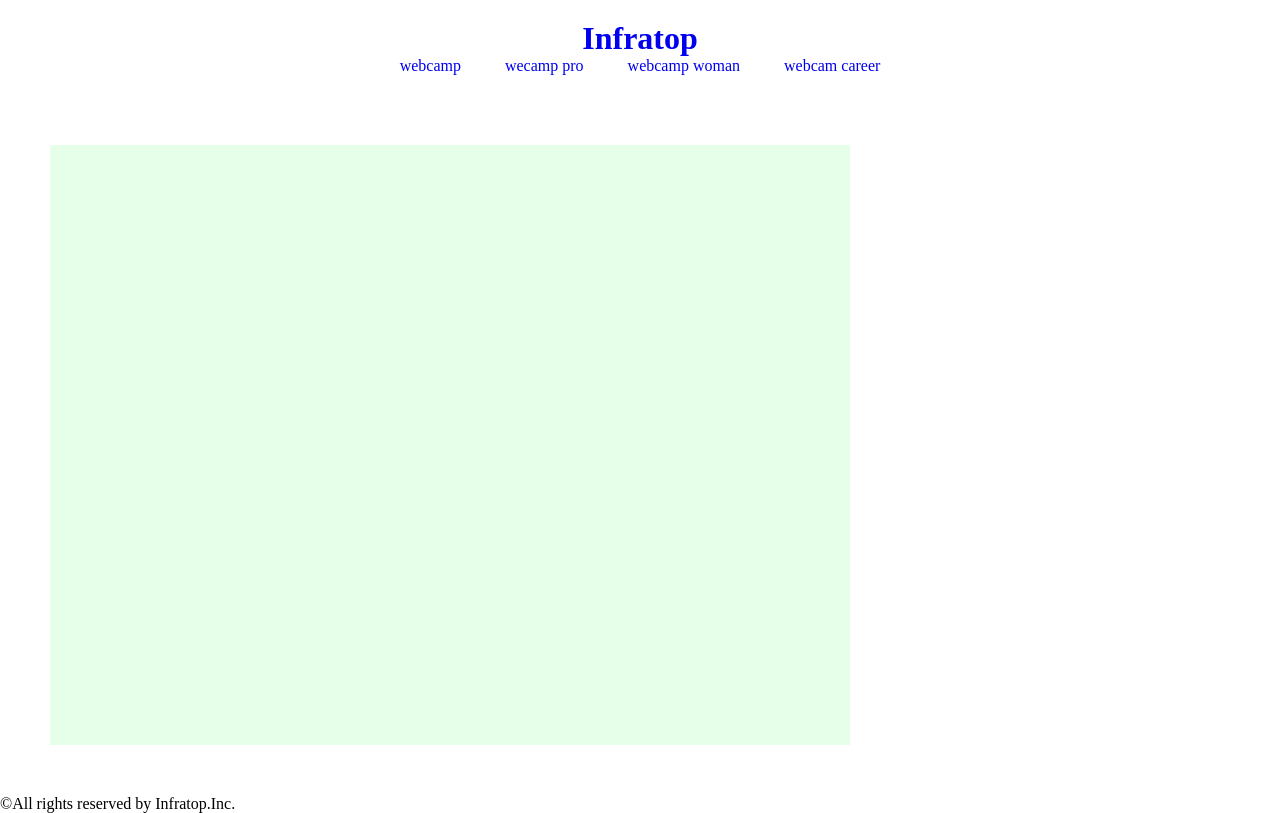
Repository: ego-boosting/assightment_1
Page: infratop/index.html
The author's editor kept a record of every edit. The page is drawn from the files as they stood at one moment, then again after the next edit.
The browser window is 1280 px wide. The pictures show the whole page.

Above is the page before.

### infratop/index.html
<!DOCTYPE html>
<html lang="ja">
  <head>
    <meta charset="UTF-8" />
    <!-- CSSファイルの読み込み -->
    <link rel="stylesheet" href="style.css" />
    <title>Infratop</title>
  </head>

<body>
  <header>
    <h1 class="heading">
      <a href="index.html">Infratop</a>
    </h1>
    <nav>
      <ul calss="nav-list" >
        <li class="nav-list-item">
          <a href="index.html">webcamp</a>
          </li>

        <li class="nav-list-item">
          <a href="index.html">wecamp pro</a>
        </li>

        <li class="nav-list-item">
          <a href="index.html">webcamp woman</a>
        </li>

        <li class="nav-list-item">
          <a href="index.html">webcam career</a>
        </li>
      </ul>
    </nav>
  </header>

  <div class="main">
    <div class="box1"></div>
    <div class="box2"></div>
    <div class="box3"></div>
    <div class="box4"></div>
    <div class="box5"></div>
    <div class="box6"></div>
    <div class="box7"></div>
    <div class="box8"></div>
    <div class="box9"></div>
    <div class="box10"></div>
    <div class="box11"></div>
    <div class="box12"></div>
  </div>

  <footer>
    <p class="footer-list">©All rights reserved by Infratop.Inc.</p>
  </footer>




</body>
</html>

### infratop/style.css
*{
  margin: 0;
  padding: 0;
  box-sizing:border-box;
}

a{
  text-decoration: none;
}

header{
  width: 100%;
  padding: 20px;
  margin: auto;
  text-align: center;
}

.heading{
  font-size: 32px;
}


.nav-list{
  /*下記*/
  text-align: center;
  padding: 15px 0;
  margin: 0 auto;
  border-bottom: 1px solid #848282;
  border-top: 1px solid #848282;
}

.nav-list-item{
  list-style: none;
  display: inline-block;
  margin: 0 20px;
}

.main{
  width: 800px;
  margin: 50px;
  display: flex;
  flex-wrap: wrap;
}

.box1{
  width: 200px;
  height: 200px;
  background-color: #e6ffe9;
}

.box2{
  width: 200px;
  height: 200px;
  background-color: #e6ffe9;
}

.box3{
  width: 200px;
  height: 200px;
  background-color: #e6ffe9;
}

.box4{
  width: 200px;
  height: 200px;
  background-color: #e6ffe9;
}

.box5{
  width: 200px;
  height: 200px;
  background-color: #e6ffe9;
}

.box6{
  width: 200px;
  height: 200px;
  background-color: #e6ffe9;
}

.box7{
  width: 200px;
  height: 200px;
  background-color: #e6ffe9;
}

.box8{
  width: 200px;
  height: 200px;
  background-color: #e6ffe9;
}

.box9{
  width: 200px;
  height: 200px;
  background-color: #e6ffe9;
}

.box10{
  width: 200px;
  height: 200px;
  background-color: #e6ffe9;
}

.box11{
  width: 200px;
  height: 200px;
  background-color: #e6ffe9;
}

.box12{
  width: 200px;
  height: 200px;
  background-color: #e6ffe9;
}

After the next edit:
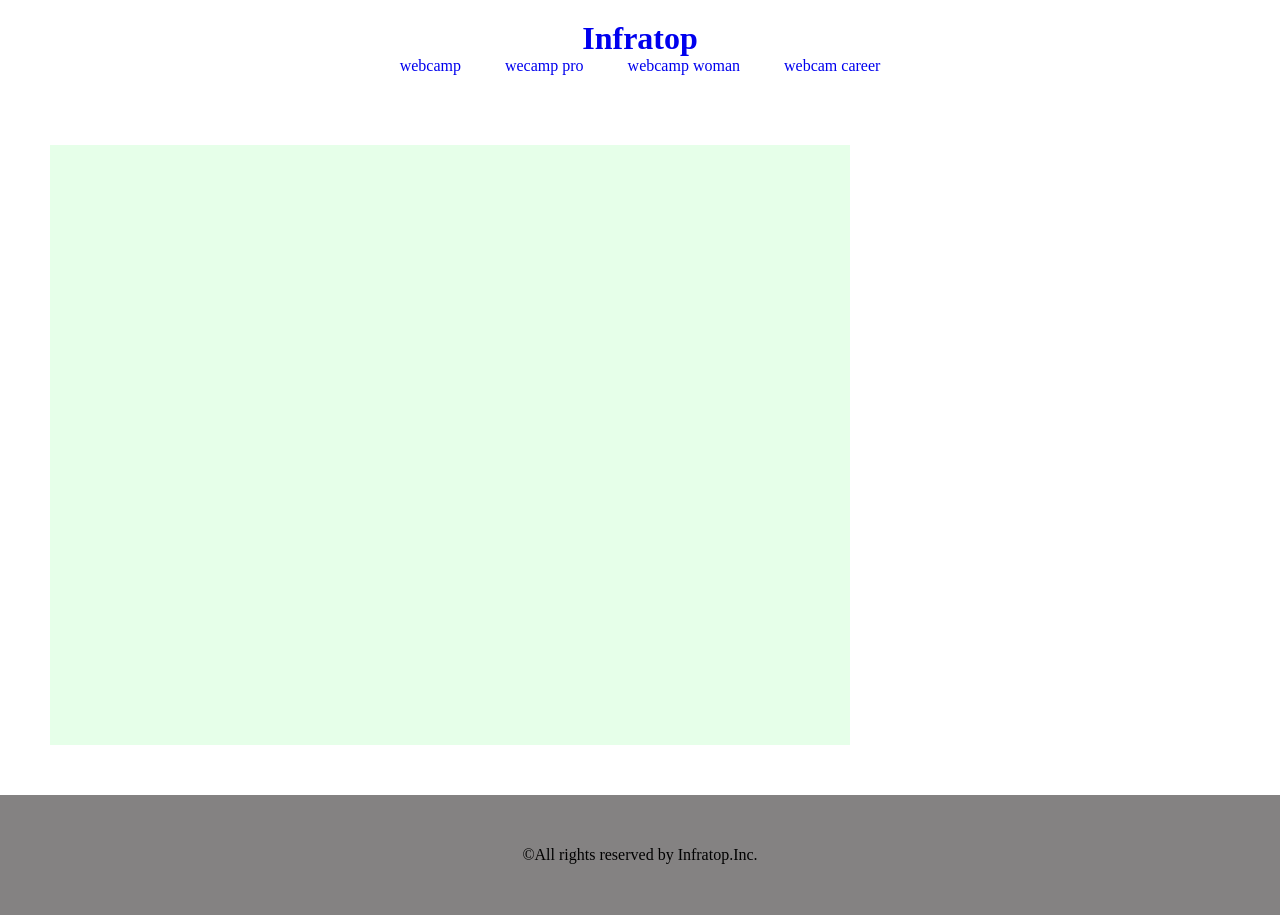
The edit:
--- a/infratop/style.css
+++ b/infratop/style.css
@@ -113,3 +113,11 @@
   height: 200px;
   background-color: #e6ffe9;
 }
+
+footer{
+  width: 100%;
+  height: 120px;
+  text-align: center;
+  line-height: 120px;
+  background-color: #848282;
+}
